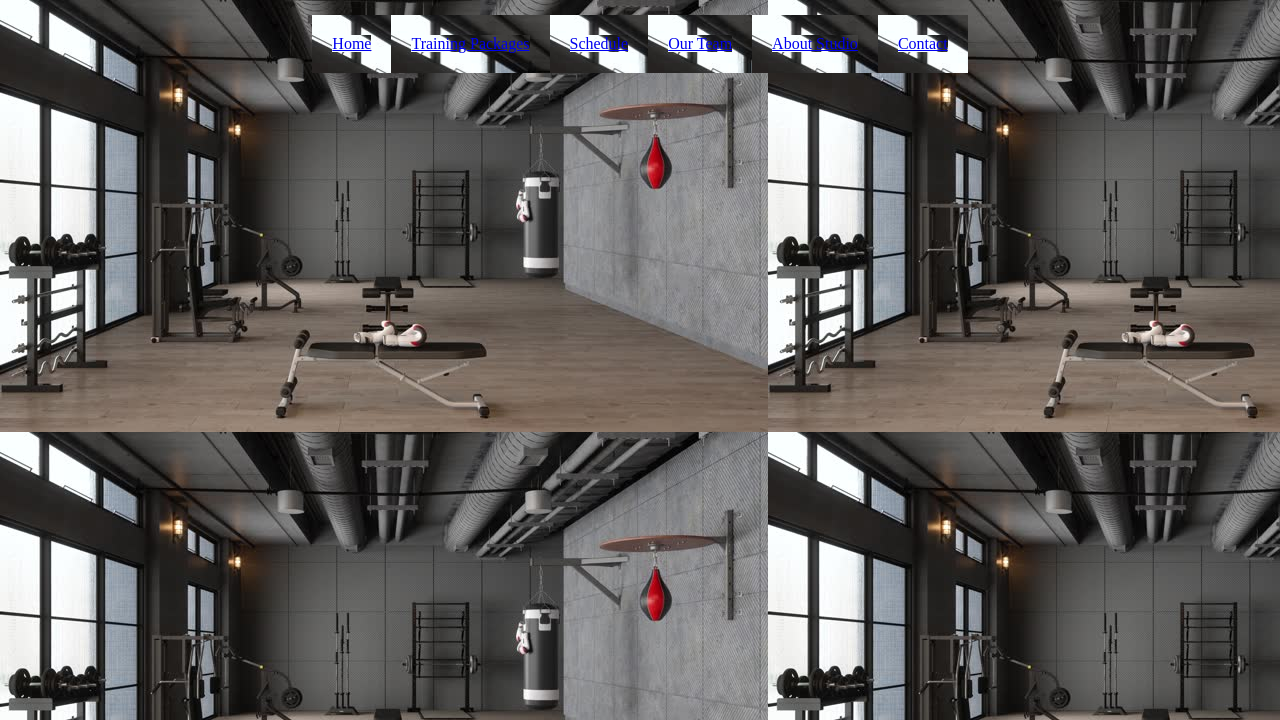
Repository: MujtabaHabib/muscle-memory-website
Page: index.html
These files come from the project's save history. The page is drawn as it stood at one moment and after a run of saves; the edit follows.
The browser window is 1280 px wide. The pictures show the whole page.

Above is the page before, as saved 2026-01-26 04:42:50.

### index.html
<!DOCTYPE html>
<html lang="en">

<head>
    <meta charset="UTF-8">
    <meta name="viewport" content="width=device-width, initial-scale=1.0">
    <title>Muscle Memory</title>
    <link rel="stylesheet" href="style.css">
</head>

<body>
    <div class="container">
        <nav class="nav">
            <ul class="list">
                <li><a href="#">Home</a></li>
                <li><a href="#">Training Packages</a></li>
                <li><a href="#">Schedule</a></li>
                <li><a href="#">Our Team</a></li>
                <li><a href="#">About Studio</a></li>
                <li><a href="#">Contact</a></li>
            </ul>
        </nav>
        <!-- <div class="card">
            <img src="gym.jpg" alt="gym">
        </div> -->
    </div>

</body>

</html>

### style.css
*{
    margin: 0;
    padding: 0;
    background-image: url(gym.jpg);
    backgr

}

.list {
    display: flex;
    color: white;
    padding: 15px;
    justify-content: center;
    align-items: center;
    background-color: cyan;
    margin: 0px;
}

.list li{
    padding:20px;
    list-style-type: none;

}

.card{
    display: flex;
    width: fit-content;
    height: 400%;
    width: 100%;
}

After the next 6 saves:
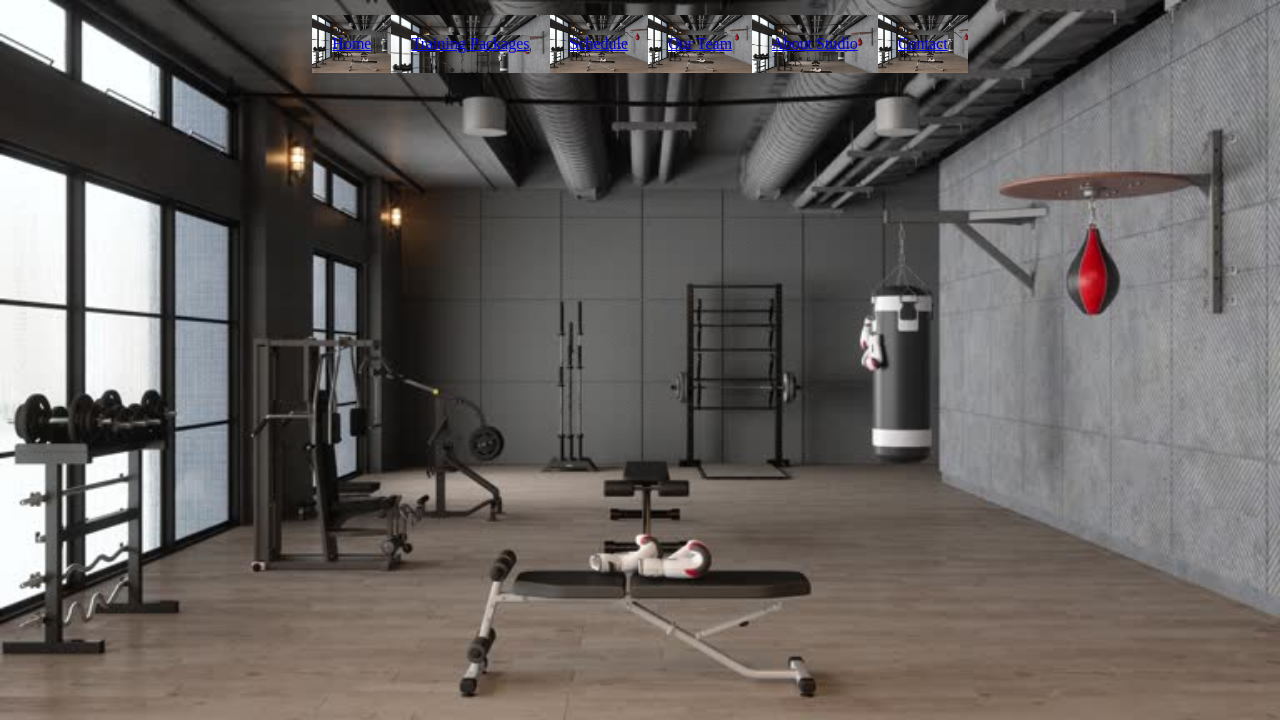
The 6 saves are shown as one change because they came seconds apart.
The last was saved 14 s later.
--- a/style.css
+++ b/style.css
@@ -2,7 +2,8 @@
     margin: 0;
     padding: 0;
     background-image: url(gym.jpg);
-    backgr
+    background-repeat: no-repeat;
+    background-size: cover;
 
 }
 
